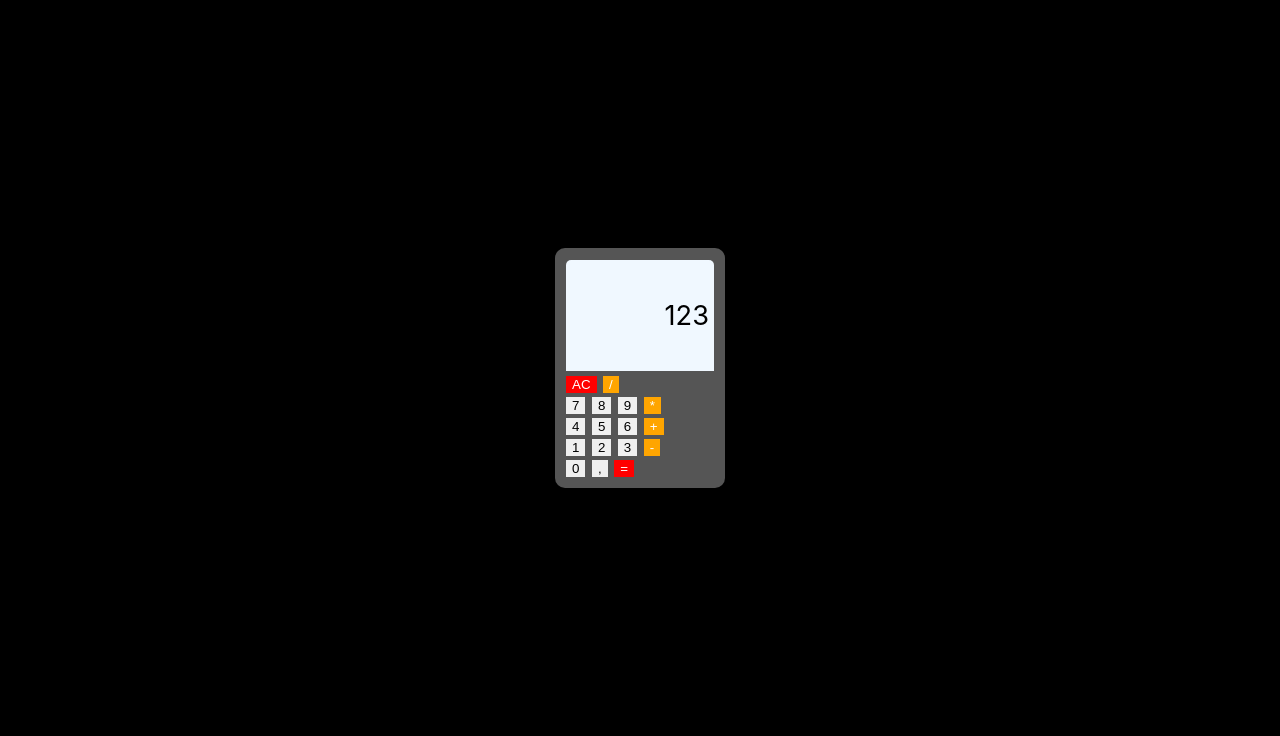
Repository: andersonxoliveira/Aplicacao_Calculadora
Page: /
These files come from the project's save history. The page is drawn as it stood at one moment and after the next save; the edit follows.
The browser window is 1280 px wide. The pictures show the whole page.
The project was rebuilt for these pictures with package versions that can differ from the ones it lists, and the page was loaded fresh each time. Also part of the build but not shown: svelte.config.js, vite.config.ts.

Above is the page before, as saved 2022-06-26 18:33:33.

After the next save:
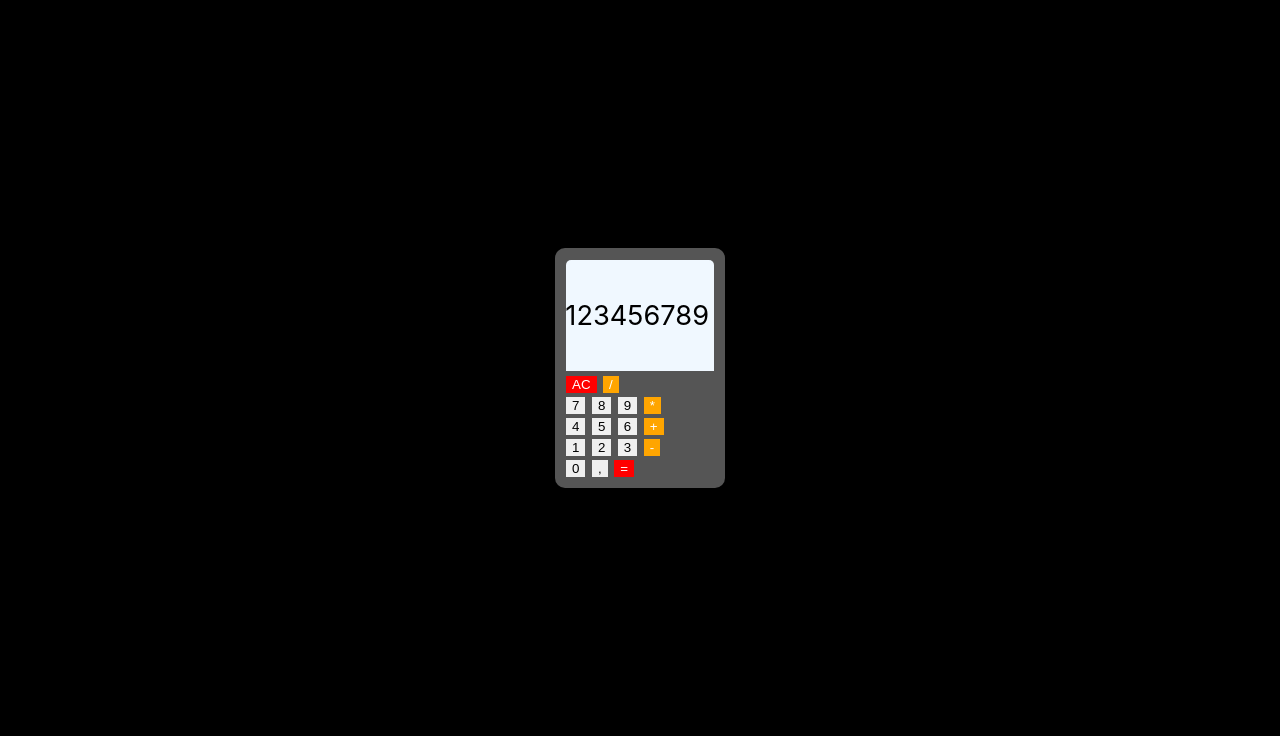
Saved 15 s later.
--- a/src/components/Calculadora.svelte
+++ b/src/components/Calculadora.svelte
@@ -5,7 +5,7 @@ import Linha from "./Linha.svelte";
 
 </script>
 <div class="calculadora">
- <Display valor="123"/>
+ <Display valor="0123456789"/>
   <Linha >
     <Botao destaque triplo texto="AC"/>
     <Botao operacao texto="/"/>
